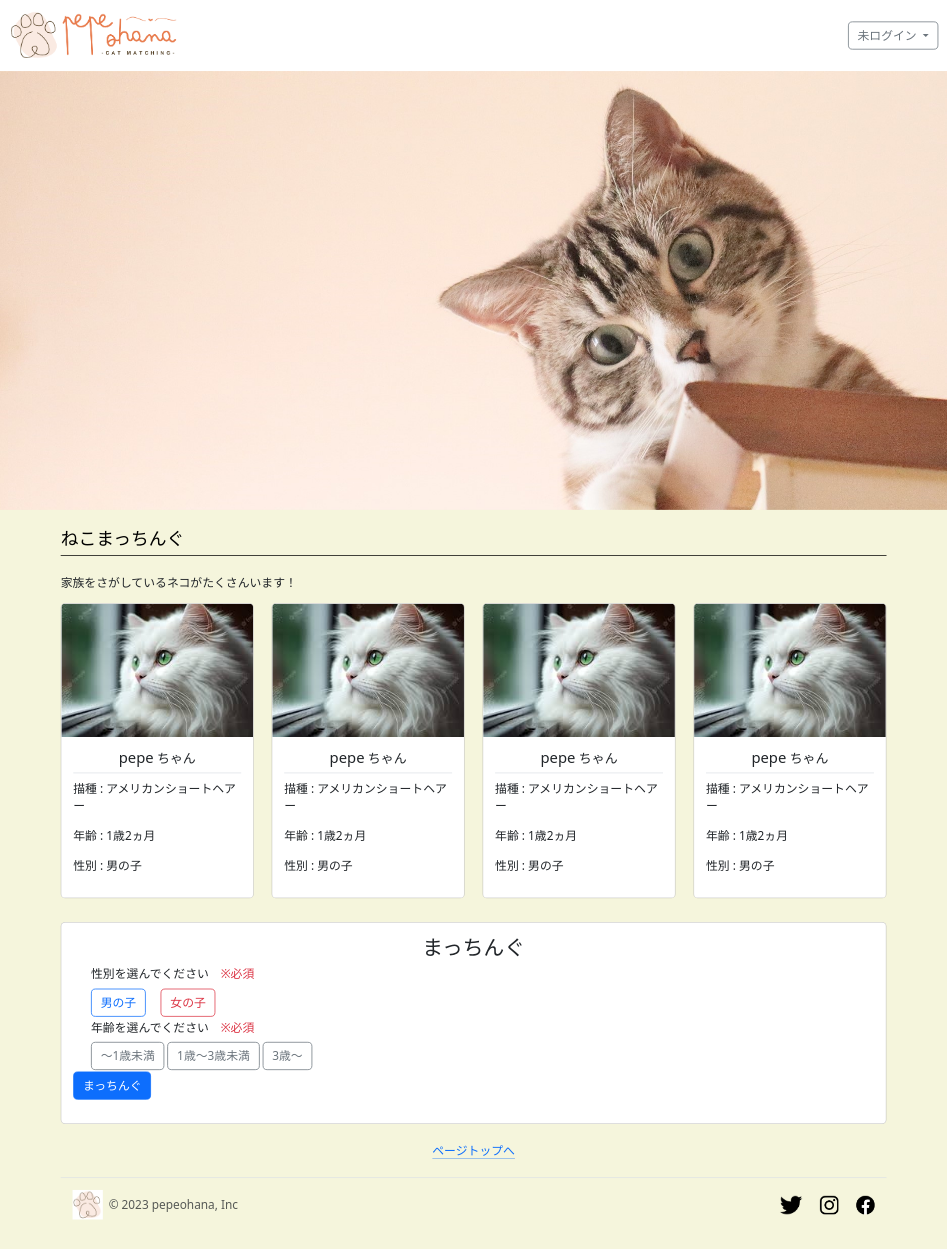
Repository: sakuwell/pepe
Page: http://localhost/PepeOhana/
These files come from the project's save history. The page is drawn as it stood at one moment and after the next save; the edit follows.
The browser window is 1280 px wide. The pictures show the whole page, at 74% of full size.
The page is served by Tomcat 9. Other server files are loaded and not shown.

Above is the page before, as saved 2023-09-06 06:26:42.

### ExWorkSpace/PepeOhana/src/main/webapp/index.jsp
<%@ page language="java" contentType="text/html; charset=UTF-8"
    pageEncoding="UTF-8"%>
<%@ page import="model.UsersInfoDto" %>

<!DOCTYPE html>
<html lang="ja">
<head>
    <meta charset="UTF-8">
    <meta name="viewport" content="width=device-width, initial-scale=1.0">
    <!-- Bootstrap CSS -->
    <link href="https://cdn.jsdelivr.net/npm/bootstrap@5.3.0/dist/css/bootstrap.min.css" rel="stylesheet" integrity="sha384-9ndCyUaIbzAi2FUVXJi0CjmCapSmO7SnpJef0486qhLnuZ2cdeRhO02iuK6FUUVM" crossorigin="anonymous">
    <script src="https://cdn.jsdelivr.net/npm/bootstrap@5.3.0/dist/js/bootstrap.bundle.min.js" integrity="sha384-geWF76RCwLtnZ8qwWowPQNguL3RmwHVBC9FhGdlKrxdiJJigb/j/68SIy3Te4Bkz" crossorigin="anonymous"></script>
    <title>Top | pepeohana</title>
</head>

<%
    // セッションを取得
	UsersInfoDto userInfoOnSession = (UsersInfoDto)session.getAttribute("LOGIN_INFO");
	boolean isLoggedIn = false;
	String userName = "";
	//HttpSession mysession = request.getSession(true);

    // セッションが存在し、username属性もセットされている場合はログイン済み
    if (userInfoOnSession != null) {
		userName = userInfoOnSession.getUserName();
        isLoggedIn = true;
    }
%>

<body  style="background-color:beige;">
	<% if (isLoggedIn) { %>
    <!-- ログイン済ヘッダー -->
    <nav class="navbar navbar-expand-lg navbar-light bg-white">
        <div class="container-fluid">
            <a class="navbar-brand" href="index.jsp">
                <img src="images/pepe_ohana_logo.png" alt="ページロゴ" width="auto" height="70">
            </a>
            <div class="btn-group">
                <button type="button" class="btn btn-secondary dropdown-toggle" data-bs-toggle="dropdown" aria-expanded="false">
                    userName
                </button>
                <ul class="dropdown-menu dropdown-menu-end">
                    <li><a class="dropdown-item" href="<%=request.getContextPath()%>/ExeMyPage">マイページ</a></li>
                    <li><a class="dropdown-item" href="<%=request.getContextPath()%>/ExeLogout">ログアウト</a></li>
                </ul>
            </div>
        </div>
    </nav>
    <!-- ログイン済ヘッダーここまで -->
    <% } else { %>
    <!-- 未ログインヘッダー -->
    <nav class="navbar navbar-expand-lg navbar-light bg-white">
    	<div class="container-fluid">
        	<a class="navbar-brand" href="index.jsp">
          		<img src="images/pepe_ohana_logo.png" alt="ページロゴ" width="auto" height="70">
          	</a>
         	<div class="btn-group">
            	<button type="button" class="btn btn-outline-secondary dropdown-toggle" data-bs-toggle="dropdown" aria-expanded="false">
             		 未ログイン
            	</button>
            	<ul class="dropdown-menu dropdown-menu-end">
              		<li><a class="dropdown-item" href="jsp/Login.jsp">ログイン</a></li>
              		<li><a class="dropdown-item" href="jsp/registUser.jsp">新規ユーザー登録</a></li>
            	</ul>
          	</div>
        </div>
    </nav>
    <!-- 未ログインヘッダーここまで -->
    <% } %>


    <!-- ヒーロー画像 -->
    <img class="img-fluid mb-4" src="images/hero_index.jpg"  alt="index画像" style="max-height:600px; width:100%; object-fit: cover;">

    <!-- ここから下　ページごとの内容 -->
    <div class="container">
        <div class="h4 pb-2 mb-4 text-black border-bottom border-black">
            ねこまっちんぐ
        </div>
            <p>家族をさがしているネコがたくさんいます！</p>
        <!-- 猫カードエリア -->
        <div class="row">
           <!-- カードのコンテンツ1 -->
           <div class="col-6 col-md-4 col-lg-3">
                <div class="card mb-3">
                	<img src="images/cat_2.jpg" style="height:180px; width: 100%; object-fit: cover;" class="card-img-top" alt="猫画像">
                    <div class="card-body">
                        <h5 class="card-title text-center border-bottom pb-2">pepe<small> ちゃん</small></h5>
                        <p class="card-text text-right">描種 : アメリカンショートヘアー</p>
                        <p class="card-text text-right">年齢 : 1歳2ヵ月</p>
                        <p class="card-text text-right">性別 : 男の子</p>
                        <div class="d-flex justify-content-center">
                            <a href="#" class="stretched-link"></a>
                        </div>
                    </div>
                </div>
            </div>
           <!-- カードのコンテンツ2 -->
           <div class="col-6 col-md-4 col-lg-3">
                <div class="card mb-3">
                	<img src="images/cat_2.jpg" style="height:180px; width: 100%; object-fit: cover;" class="card-img-top" alt="猫画像">
                    <div class="card-body">
                        <h5 class="card-title text-center border-bottom pb-2">pepe<small> ちゃん</small></h5>
                        <p class="card-text text-right">描種 : アメリカンショートヘアー</p>
                        <p class="card-text text-right">年齢 : 1歳2ヵ月</p>
                        <p class="card-text text-right">性別 : 男の子</p>
                        <div class="d-flex justify-content-center">
                            <a href="#" class="stretched-link"></a>
                        </div>
                    </div>
                </div>
            </div>
           <!-- カードのコンテンツ3 -->
           <div class="col-6 col-md-4 col-lg-3">
                <div class="card mb-3">
                	<img src="images/cat_2.jpg" style="height:180px; width: 100%; object-fit: cover;" class="card-img-top" alt="猫画像">
                    <div class="card-body">
                        <h5 class="card-title text-center border-bottom pb-2">pepe<small> ちゃん</small></h5>
                        <p class="card-text text-right">描種 : アメリカンショートヘアー</p>
                        <p class="card-text text-right">年齢 : 1歳2ヵ月</p>
                        <p class="card-text text-right">性別 : 男の子</p>
                        <div class="d-flex justify-content-center">
                            <a href="#" class="stretched-link"></a>
                        </div>
                    </div>
                </div>
            </div>
           <!-- カードのコンテンツ4 -->
           <div class="col-6 col-md-4 col-lg-3">
                <div class="card mb-3">
                	<img src="images/cat_2.jpg" style="height:180px; width: 100%; object-fit: cover;" class="card-img-top" alt="猫画像">
                     <div class="card-body">
                         <h5 class="card-title text-center border-bottom pb-2">pepe<small> ちゃん</small></h5>
                         <p class="card-text text-right">描種 : アメリカンショートヘアー</p>
                         <p class="card-text text-right">年齢 : 1歳2ヵ月</p>
                         <p class="card-text text-right">性別 : 男の子</p>
                         <div class="d-flex justify-content-center">
                             <a href="#" class="stretched-link"></a>
                         </div>
                     </div>
                 </div>
            </div>
		</div>

        <!-- 検索フォームエリア -->
        <div class="card mt-3 p-3">
         	<form action="SearchCat">
         		<h3 style="text-align:center;">まっちんぐ</h3>
         		<div class="form-check">
					<label for="" class="form-label">性別を選んでください<span class="text-danger">　※必須</span></label><br>
	         		<input type="checkbox" class="btn-check" id="gender_1" autocomplete="off">
					<label class="btn btn-outline-primary" for="gender_1">男の子</label>
	         		<input type="checkbox" class="btn-check" id="gender_2" autocomplete="off">
					<label class="btn btn-outline-danger ms-3" for="gender_2">女の子</label>
				</div>
				<div class="mb-3">
         		<div class="form-check">
					<label for="" class="form-label">年齢を選んでください<span class="text-danger">　※必須</span></label><br>
	         		<input type="checkbox" class="btn-check" id="age_1" autocomplete="off">
					<label class="btn btn-outline-secondary" for="age_1">～1歳未満</label>
	         		<input type="checkbox" class="btn-check" id="age_2" autocomplete="off">
					<label class="btn btn-outline-secondary" for="age_2">1歳～3歳未満</label>
	         		<input type="checkbox" class="btn-check" id="age_3" autocomplete="off">
					<label class="btn btn-outline-secondary" for="age_3">3歳～</label>
				</div>
				<button type="submit" class="btn btn-primary">まっちんぐ</button>
			</form>
		</div>

	</div>
    <!-- ここまで　ページごとの内容 -->

    <!-- フッター -->
    <div class="text-center mt-4">
        <a class="icon-link icon-link-hover" href="#">
            ページトップへ
        </a>
	</div>
	<footer class="d-flex flex-wrap justify-content-between align-items-center py-3 my-4 border-top">
    	<div class="col-md-4 d-flex align-items-center ms-3">
        	<a href="index.jsp" class="mb-3 me-2 mb-md-0"><img alt="ロゴ画像" src="images/nikukyu_logo.png" width="auto" height="40"></a>
          	<span class="mb-3 mb-md-0 text-body-secondary">© 2023 pepeohana, Inc</span>
        </div>
        <ul class="nav col-md-4 justify-content-end list-unstyled d-flex me-3">
            <li><a href="#"><img src=images/twitter_logo.png width="auto" height="25"></a></li>
            <li class="ms-4"><a href="#"><img src=images/insta_logo.png width="auto" height="25"></a></li>
            <li class="ms-4"><a href="#"><img src=images/facebook_logo.png width="auto" height="25"></a></li>
        </ul>
	</footer>
    <!-- フッター　ここまで -->

</body>
</html>

After the next save:
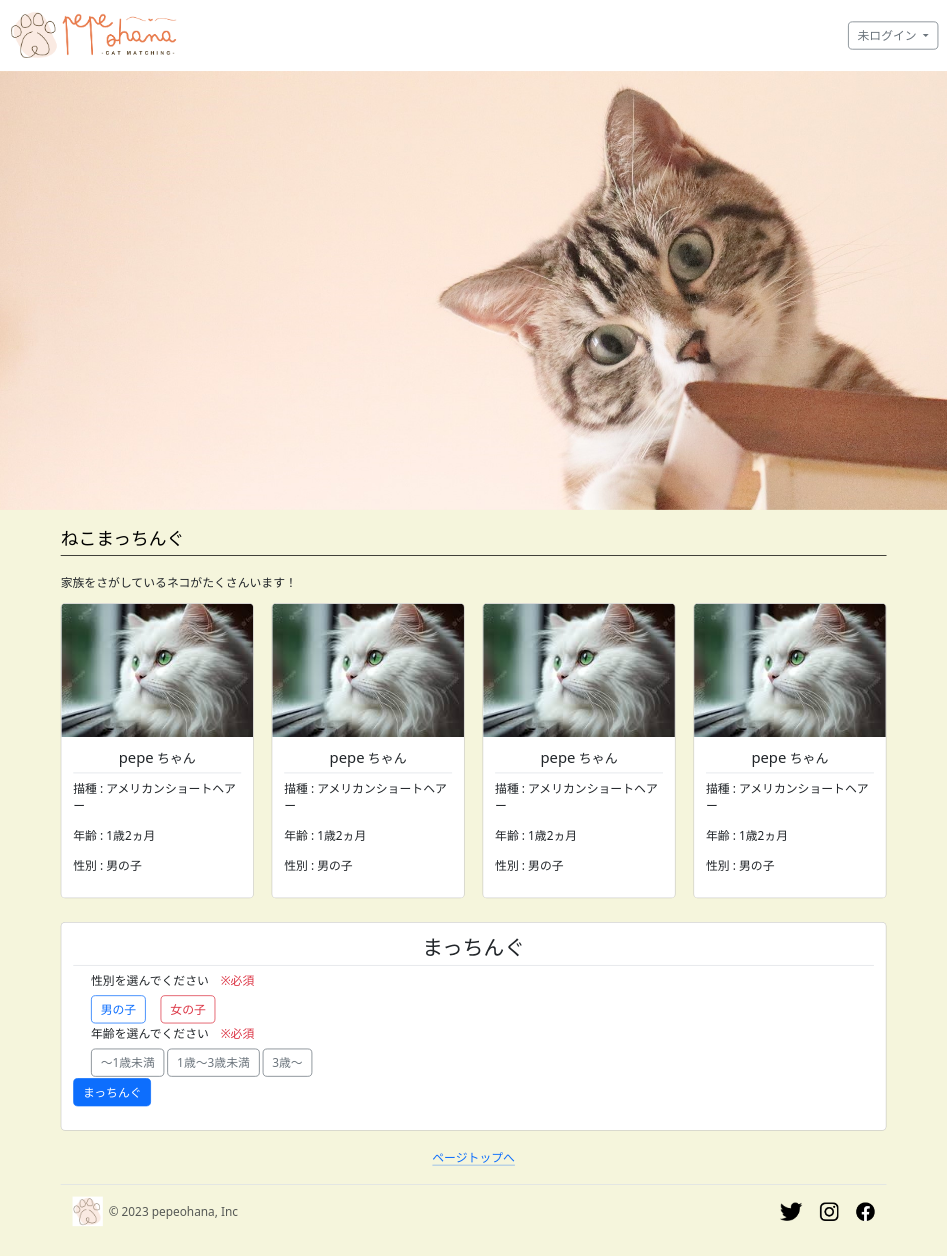
Saved 2 min 3 s later.
--- a/ExWorkSpace/PepeOhana/src/main/webapp/index.jsp
+++ b/ExWorkSpace/PepeOhana/src/main/webapp/index.jsp
@@ -145,7 +145,7 @@
         <!-- 検索フォームエリア -->
         <div class="card mt-3 p-3">
          	<form action="SearchCat">
-         		<h3 style="text-align:center;">まっちんぐ</h3>
+         		<h3 class="border-bottom pb-2" style="text-align:center;">まっちんぐ</h3>
          		<div class="form-check">
 					<label for="" class="form-label">性別を選んでください<span class="text-danger">　※必須</span></label><br>
 	         		<input type="checkbox" class="btn-check" id="gender_1" autocomplete="off">
